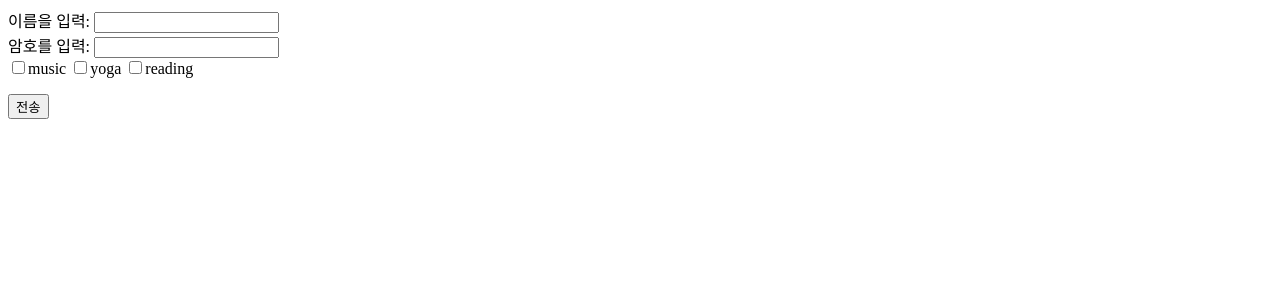
Repository: RYE415/4.jsp
Page: JQueryTest/src/main/webapp/5.ajax/12.$.serialize().html
These files come from the project's save history. The page is drawn as it stood at one moment and after the next save; the edit follows.
The browser window is 1280 px wide. The pictures show the whole page.

Above is the page before, as saved 2022-08-05 02:34:13.

After the next save:
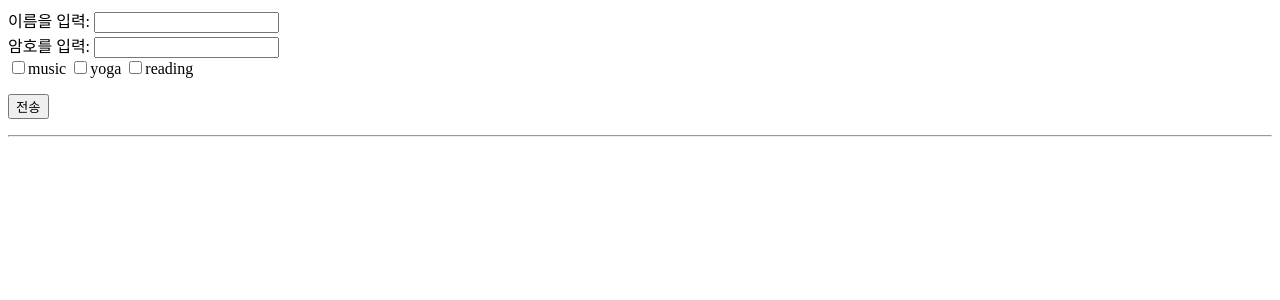
Saved 4 min 3 s later.
--- a/JQueryTest/src/main/webapp/5.ajax/12.$.serialize().html
+++ b/JQueryTest/src/main/webapp/5.ajax/12.$.serialize().html
@@ -5,9 +5,11 @@
 <script type="text/javascript" src="http://code.jquery.com/jquery-3.3.1.min.js">
 </script>
 <title>12.$.serialize().html</title>
-
 <script>
   $(function(){
+	 $('#submit').click(function(){
+
+	 })
   })
 </script>
 </head>
@@ -22,8 +24,9 @@
 		<input type="checkbox" name="hobby" value="yoga">yoga
 		<input type="checkbox" name="hobby" value="reading">reading<p>
 		<input type="button" id="submit" value="전송">
-
 	</form>
+	<hr>
+	<div id="result"></div>
 
 </body>
 </html>
